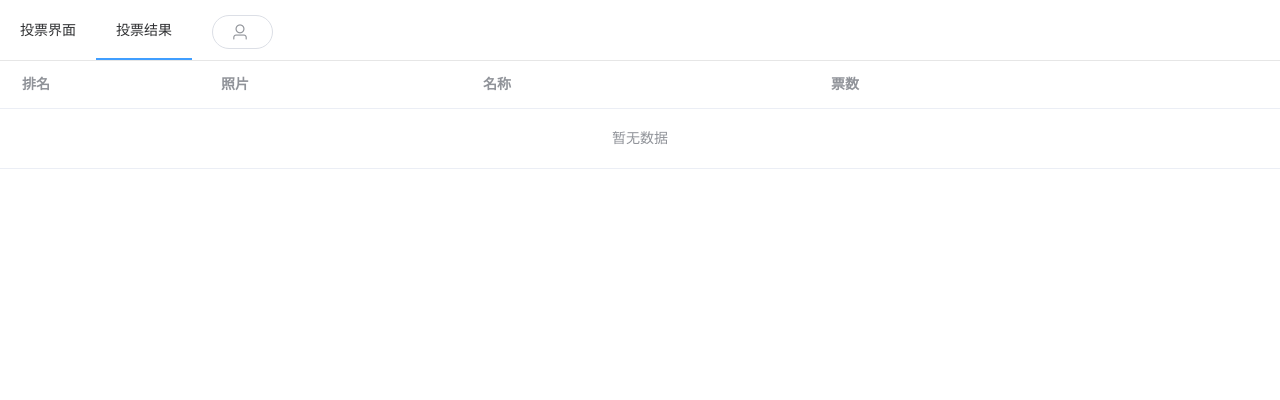
Repository: 280hhh/vote
Page: /#/result
These files come from the project's save history. The page is drawn as it stood at one moment and after the next save; the edit follows.
The browser window is 1280 px wide. The pictures show the whole page.
The project was rebuilt for these pictures with package versions that can differ from the ones it lists, and the page was loaded fresh each time. Also part of the build but not shown: src/components/login.vue, src/components/home.vue, src/components/register.vue.

Above is the page before, as saved 2021-06-14 22:21:55.

### src/App.vue
<template>
      <div id="app">
        <!-- 路由占位符 -->
        <div id="nav" v-if="$route.meta.keepAlive">
        <el-menu :default-active="this.$route.path" router class="el-menu-demo" mode="horizontal">
          <el-menu-item v-for="(item,i) in nvaList" :key="i" :index="item.name">
            <template slot="title">
             <span> {{ item.navItem }}</span>
           </template>
          </el-menu-item>
          <el-menu-item>
            <el-dropdown>
              <el-button icon="el-icon-user" size="mini" round></el-button>
              <el-dropdown-menu slot="dropdown">
                <div v-if="loginUser.username!=''">
                  <el-dropdown-item>用户:{{loginUser.username}}</el-dropdown-item>
                  <el-dropdown-item @click.native="logOut">退出</el-dropdown-item>
                </div>
                <div v-else>
                      <router-link to='/login'>
                        <el-dropdown-item>去登陆</el-dropdown-item>
                      </router-link>
                </div>
              </el-dropdown-menu>
            </el-dropdown>
          </el-menu-item>
        </el-menu>
    </div>
    <router-view></router-view>
    </div>
</template>

<script>
export default {
  name:"app",
  data(){
    return{
        loginUser:{
        username:'',
        email:'',
        password:'',
        checkPassword:'',
        phoneNumber:''
      },
      nvaList:[
        {name:'/home',navItem:'投票界面'},
        {name:'/result',navItem:'投票结果'}
      ],
    }
  },
  methods:{
    //点击退出登录时
      logOut(){
        for(var item in this.loginUser){
            this.loginUser[item]='';
        }
        localStorage.loginUser=JSON.stringify(this.loginUser);
      }
  },
  mounted(){
        if(!window.localStorage) this.$message({showClose: true,message: '发生未知错误！',type: 'error'});
        //登录人信息初始化
        if(localStorage.loginUser!=null){
        this.loginUser=JSON.parse(localStorage.loginUser);
        //更新用户组和登陆人的票数和日期
        // this.oldMessage();
        for(var item in this.userGroup){
        }
            localStorage.loginUser=JSON.stringify(this.userGroup[item]);
            localStorage.userGroup=JSON.stringify(this.userGroup);
        }
  }
}

</script>

<style>
body{
  margin: 0;
  padding: 0;
}
</style>

### src/router/index.js
import Vue from 'vue'
import VueRouter from 'vue-router'
import Login from '../components/login.vue'
import '../assets/css/global.css'
import Home from '../components/home.vue'
import Register from '../components/register.vue'
import Result from '../components/result.vue'


Vue.use(VueRouter)

const routes = [
  {path:'/',redirect:'/login',meta:{keepAlive:false}},
  {path:'/login',component:Login,meta:{keepAlive:false}},
  {path:'/home',component:Home,meta:{keepAlive:true}},
  {path:'/register',component:Register,meta:{keepAlive:false}},
  {path:'/result',component:Result,meta:{keepAlive:true}}
]

const router = new VueRouter({
  routes
})

export default router

### src/plugins/element.js
import Vue from 'vue'
import { Button } from 'element-ui'
import {Form,FormItem} from 'element-ui'
import {Input} from 'element-ui'
import {Message} from 'element-ui'
import {Menu} from 'element-ui'
import {MenuItem} from 'element-ui'
import {Submenu} from 'element-ui'
import {Dropdown,DropdownItem,DropdownMenu} from 'element-ui'
import {Dialog} from 'element-ui'
import {Table} from 'element-ui'
import {Progress} from 'element-ui'
import {TableColumn} from 'element-ui'

Vue.use(Button)
Vue.use(Form)
Vue.use(FormItem)
Vue.use(Input)
Vue.prototype.$message=Message
Vue.use(Menu)
Vue.use(MenuItem)
Vue.use(Submenu)
Vue.use(Dropdown)
Vue.use(DropdownItem)
Vue.use(DropdownMenu)
Vue.use(Dialog)
Vue.use(Table)
Vue.use(Progress)
Vue.use(TableColumn)

### src/assets/css/global.css
html,
body,
#app{
  height: 100%;
  margin: 0;
  padding: 0;
}

### src/components/result.vue
<template>
  <div class="result_container">
    <div class="result_box">
      <el-table :data="contestants" stripe>
            <el-table-column width="60" label="排名" align="right">
                <template scope="scope"><span>{{scope.$index + 1}}</span> </template>
            </el-table-column>
            <el-table-column min-width="2.1" label="照片" align="center">
                <template slot-scope="scope">
                <img :src="scope.row.src" class="head_pic"/>
                </template>
            </el-table-column>
            <el-table-column prop="name" label="名称" min-width="1" align="center"></el-table-column>
            <el-table-column prop="votes" min-width="3" align="center" label="票数">
            <template slot-scope="scope">
            <el-progress :show-text="false" :stroke-width="18" :percentage="(scope.row.votes)" :color="colors" v-if="!isNaN(scope.row.votes)">
                </el-progress>
            </template>
            </el-table-column >
            <el-table-column prop="votes"  min-width="1"></el-table-column>
        </el-table>
    </div>
  </div>
</template>

<script>
export default {
data(){
  return{
    contestants:[],
    colors: [
          {color: '#1989fa', percentage: 20},
          {color: '#e6a23c', percentage: 40},
          {color: '#5cb87a', percentage: 60},
          {color: '#f56c6c', percentage: 80},
          {color: '#6f7ad3', percentage: 100}
        ],
  }
},
methods:{
  //进行排名
    sortBy(props) {
    return function(a,b) {
        return   b[props] - a[props];
    }}
},
mounted(){
  let a=JSON.parse(localStorage.contestants);
        for(var item in a){
            this.contestants.push(a[item]);
        }
        this.contestants.sort(this.sortBy("votes"));
  }
}
</script>

<style Lang="less" scoped>
.result_container{
  background-color: #f5f5f5;
}
.result_box{
  background-color: white;
  position: relative;
}
.result_box table{
  width:100%;
  margin:auto;
}
</style>

Loaded but not shown: public/index.html (common file); src/main.js (common file)

After the next save:
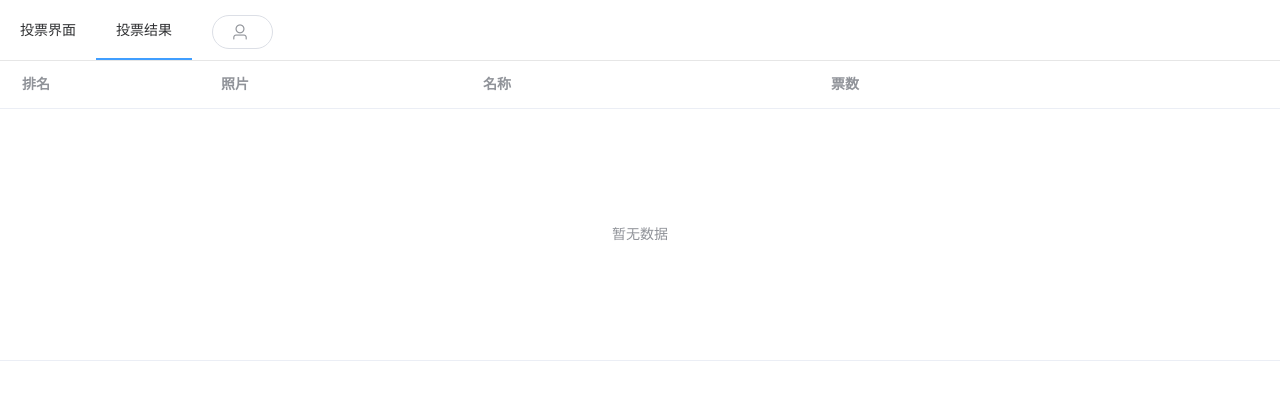
Saved 12 s later.
--- a/src/components/result.vue
+++ b/src/components/result.vue
@@ -1,7 +1,7 @@
 <template>
   <div class="result_container">
     <div class="result_box">
-      <el-table :data="contestants" stripe>
+      <el-table :data="contestants" stripe height="300">
             <el-table-column width="60" label="排名" align="right">
                 <template scope="scope"><span>{{scope.$index + 1}}</span> </template>
             </el-table-column>
